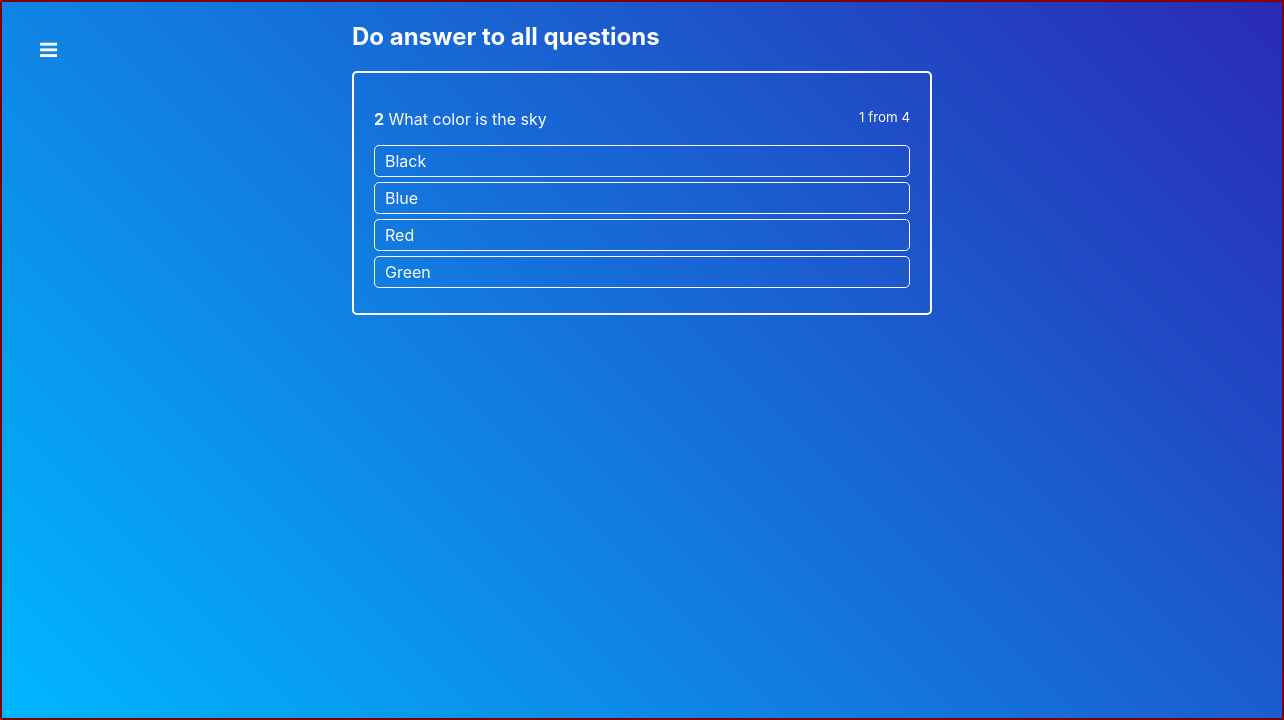
Repository: GregorPiev/react-quizes
Page: /
An editor plug-in stored every save of this project. The page is shown before and after the next save, followed by the edit.
The browser window is 1280 px wide. The page is 1284 px wide, so the pictures cover 1284 px, including what lies to the right of the window. The pictures show the whole page.
The project was rebuilt for these pictures with package versions that can differ from the ones it lists, and the page was loaded fresh each time. Also part of the build but not shown: src/components/FinishQuiz/FinishQuiz.module.css, src/components/UI/Button/Button.module.css, src/components/UI/Button/Button.js, src/components/FinishQuiz/FinishQuiz.js.

Above is the page before, as saved 2020-06-30 11:30:05.

### public/index.html
<!DOCTYPE html>
<html lang="en">
  <head>
    <meta charset="utf-8" />
    <link rel="icon" href="%PUBLIC_URL%/favicon.ico" />
    <meta name="viewport" content="width=device-width, initial-scale=1" />
    <meta name="theme-color" content="#000000" />
    <meta
      name="description"
      content="Web site created using create-react-app"
    />
    <link rel="apple-touch-icon" href="%PUBLIC_URL%/logo192.png" />
    <!--
      manifest.json provides metadata used when your web app is installed on a
      user's mobile device or desktop. See https://developers.google.com/web/fundamentals/web-app-manifest/
    -->
    <link rel="manifest" href="%PUBLIC_URL%/manifest.json" />
    <link
      href="https://stackpath.bootstrapcdn.com/font-awesome/4.7.0/css/font-awesome.min.css"
      rel="stylesheet"
      integrity="sha384-wvfXpqpZZVQGK6TAh5PVlGOfQNHSoD2xbE+QkPxCAFlNEevoEH3Sl0sibVcOQVnN"
      crossorigin="anonymous"
    />
    <!--
      Notice the use of %PUBLIC_URL% in the tags above.
      It will be replaced with the URL of the `public` folder during the build.
      Only files inside the `public` folder can be referenced from the HTML.

      Unlike "/favicon.ico" or "favicon.ico", "%PUBLIC_URL%/favicon.ico" will
      work correctly both with client-side routing and a non-root public URL.
      Learn how to configure a non-root public URL by running `npm run build`.
    -->
    <title>Quiz App</title>
  </head>
  <body>
    <noscript>You need to enable JavaScript to run this app.</noscript>
    <div id="root"></div>
    <!--
      This HTML file is a template.
      If you open it directly in the browser, you will see an empty page.

      You can add webfonts, meta tags, or analytics to this file.
      The build step will place the bundled scripts into the <body> tag.

      To begin the development, run `npm start` or `yarn start`.
      To create a production bundle, use `npm run build` or `yarn build`.
    -->
  </body>
</html>

### src/App.js
import React from 'react';
import Layout from './hoc/Layout/Layout';
import Quiz from './container/Quiz/Quiz';

function App() {
  return (
    <Layout>
      <Quiz />
    </Layout>
  );
}

export default App;

### src/hoc/Layout/Layout.js
import React from 'react';
import classes from './Layout.module.css'
import MenuToggle from '../../components/Navigation/MenuToggle/MenuToggle';

export default class Layout extends React.Component {
    state = {
        menu: false
    }
    toggleMenuHandler = () => {
        this.setState({
            menu: !this.state.menu
        })
    }
    render() {
        return (
            <div className={classes.Layout}>
                <MenuToggle
                    onToggle={this.toggleMenuHandler}
                    isOpen={this.state.menu}
                />
                <main>
                    {this.props.children}
                </main>
            </div>
        )
    }
}

### src/container/Quiz/Quiz.js
import React from 'react';
import classes from './Quiz.module.css';
import ActiveQuiz from '../../components/ActiveQuiz/ActiveQuiz';
import FinishQuiz from '../../components/FinishQuiz/FinishQuiz';

export default class Quiz extends React.Component {
    state = {
        results: {}, /* {[id], ''} */
        isFinished: false,
        activeQuestion: 0,
        answerState: null,
        quiz: [
            {
                id: 1,
                question: 'What color is the sky',
                rightAnswerId: 2,
                answers: [
                    { text: 'Black', id: 1 },
                    { text: 'Blue', id: 2 },
                    { text: 'Red', id: 3 },
                    { text: 'Green', id: 4 },
                ]
            },
            {
                id: 2,
                question: 'What color is the sea',
                rightAnswerId: 2,
                answers: [
                    { text: 'Black', id: 1 },
                    { text: 'Blue', id: 2 },
                    { text: 'Red', id: 3 },
                    { text: 'Green', id: 4 },
                ]
            },
            {
                id: 3,
                question: 'What color is grass',
                rightAnswerId: 4,
                answers: [
                    { text: 'Black', id: 1 },
                    { text: 'Blue', id: 2 },
                    { text: 'Red', id: 3 },
                    { text: 'Green', id: 4 },
                ]
            },
            {
                id: 4,
                question: 'What color is oil',
                rightAnswerId: 1,
                answers: [
                    { text: 'Black', id: 1 },
                    { text: 'Blue', id: 2 },
                    { text: 'Red', id: 3 },
                    { text: 'Green', id: 4 },
                ]
            }
        ]
    }
    onAnswerClickHandler = answerId => {
        if (this.state.answerState) {
            const key = Object.keys(this.state.answerState)[0];
            if (this.state.answerState[key] === 'success') {
                return;
            }
        }

        const results = this.state.results;
        const question = this.state.quiz[this.state.activeQuestion];
        if (question.rightAnswerId === answerId) {
            // if (!results[answerId]) {
            results[question.id] = 'success';
            // }
            this.setState({
                answerState: { [answerId]: 'success' },
                results
            })
        } else {
            results[question.id] = 'error';
            this.setState({
                answerState: { [answerId]: 'error' },
                results: results
            })
        }

        const timeout = setTimeout(() => {
            if (this.isQuizFinish()) {
                this.setState({ isFinished: true })
            } else {
                this.setState({
                    activeQuestion: this.state.activeQuestion + 1,
                    answerState: null
                })
            }
            clearTimeout(timeout);
        }, 1000)

    }

    isQuizFinish() {
        return (this.state.activeQuestion + 1) === this.state.quiz.length;
    }
    retryHandlerFunc = () => {
        this.setState({
            results: {},
            isFinished: false,
            activeQuestion: 0,
            answerState: null,
        })
    }
    render() {
        return (
            <div className={classes.Quiz}>
                <div className={classes.QuizWrapper}>
                    <h2>Do answer to all questions</h2>
                    {
                        this.state.isFinished
                            ? <FinishQuiz results={this.state.results} quiz={this.state.quiz} retryHandler={this.retryHandlerFunc} />
                            : <ActiveQuiz
                                answers={this.state.quiz[this.state.activeQuestion].answers}
                                question={this.state.quiz[this.state.activeQuestion].question}
                                quizLength={this.state.quiz.length}
                                answerNumber={this.state.activeQuestion + 1}
                                state={this.state.answerState}
                                onAnswerClick={this.onAnswerClickHandler}
                            />
                    }

                </div>
            </div>
        )
    }
}

### src/hoc/Layout/Layout.module.css
.Layout {
  height: 100vh;
  display: flex;
  flex-direction: column;
}

.Layout main {
  display: flex;
  flex-direction: column;
  flex-grow: 1;
}

### src/components/Navigation/MenuToggle/MenuToggle.js
import React from 'react';
import classes from './MenuToggle.module.css';

const MenuToggle = (props) => {
    const cls = [
        classes.MenuToggle,
        'fa'
    ];
    if (props.isOpen) {
        cls.push('fa-times');
        cls.push(classes.open);
    } else {
        cls.push('fa-bars');
    }
    return (
        <i
            className={cls.join(' ')}
            onClick={props.onToggle}
        />
    )
}

export default MenuToggle;

### src/container/Quiz/Quiz.module.css
.Quiz {
  display: flex;
  justify-content: center;
  flex-grow: 1;
  border: solid 2px maroon;
  width: 100%;
  background: linear-gradient(
    45deg,
    rgb(0, 183, 255) 0%,
    rgb(42, 42, 180) 100%
  );
}
.Quiz h2 {
  color: white;
  margin-left: 10px;
}
.QuizWrapper {
  width: 600px;
}

### src/components/ActiveQuiz/ActiveQuiz.js
import React from 'react';
import classes from './ActiveQuiz.module.css';
import AnswersList from './AnswersList/AnswersList';
const ActiveQuiz = props => (

    <div className={classes.ActiveQuiz}>
        <p className={classes.Question}>
            <span>
                <strong>2</strong>&nbsp;{props.question}
            </span>
            <small> {props.answerNumber} from {props.quizLength}</small>
        </p>

        <AnswersList
            state={props.state}
            onAnswerClick={props.onAnswerClick}
            answers={props.answers} />
    </div>
)

export default ActiveQuiz;

### src/components/Navigation/MenuToggle/MenuToggle.module.css
.MenuToggle {
  position: fixed;
  top: 40px;
  left: 40px;
  font-size: 20px;
  cursor: pointer;
  color: #fff;
  transition: opacity 0.22s ease-in;
  z-index: 100;
}

.MenuToggle:hover {
  opacity: 0.7;
}
.MenuToggle.open {
  left: 320px;
}

### src/components/ActiveQuiz/ActiveQuiz.module.css
.ActiveQuiz {
  padding: 20px;
  color: white;
  border: 2px solid #fff;
  border-radius: 5px;
  margin: 0 10px;
  box-sizing: border-box;
}
.Question {
  display: flex;
  justify-content: space-between;
}

### src/components/ActiveQuiz/AnswersList/AnswersList.js
import React from 'react';
import classes from './AnswersList.module.css'
import AnswerItem from './AnswerItem/AnswerItem';

const AnswersList = props => (
    <ul className={classes.AnswersList}>
        {
            props.answers.map((answer, index) => {
                return (
                    <AnswerItem
                        key={index}
                        answer={answer}
                        onAnswerClick={props.onAnswerClick}
                        state={props.state ? props.state[answer.id] : null}
                    />
                )
            })
        }
    </ul>
)

export default AnswersList;

### src/components/ActiveQuiz/AnswersList/AnswersList.module.css
.AnswersList {
  list-style: none;
  padding: 0;
  margin: 0;
}

### src/components/ActiveQuiz/AnswersList/AnswerItem/AnswerItem.js
import React from 'react';
import classes from './AnswerItem.module.css';

const AnswerItem = props => {
    const cls = [classes.AnswerItem];
    // console.log('Props:', props)
    if (props.state) {
        cls.push(classes[props.state]);
        // console.log(cls.join(' '))
    }

    return (
        <li
            onClick={() => props.onAnswerClick(props.answer.id)}
            className={cls.join(' ')}>
            {props.answer.text}
        </li>
    )


}

export default AnswerItem;

### src/components/ActiveQuiz/AnswersList/AnswerItem/AnswerItem.module.css
.AnswerItem {
  border: 1px solid white;
  border-radius: 5px;
  padding: 5px 10px;
  margin-bottom: 5px;
  cursor: pointer;
}

.AnswerItem:hover {
  background: rgba(255, 255, 255, 0.2);
  transition: background 0.3s ease-in-out;
}

.AnswerItem.success {
  background: rgba(161, 240, 69, 0.7);
}
.AnswerItem.error {
  background: rgba(240, 87, 108, 0.7);
}

Loaded but not shown: src/index.js (common file); src/index.css (common file); src/serviceWorker.js (common file)

After the next save:
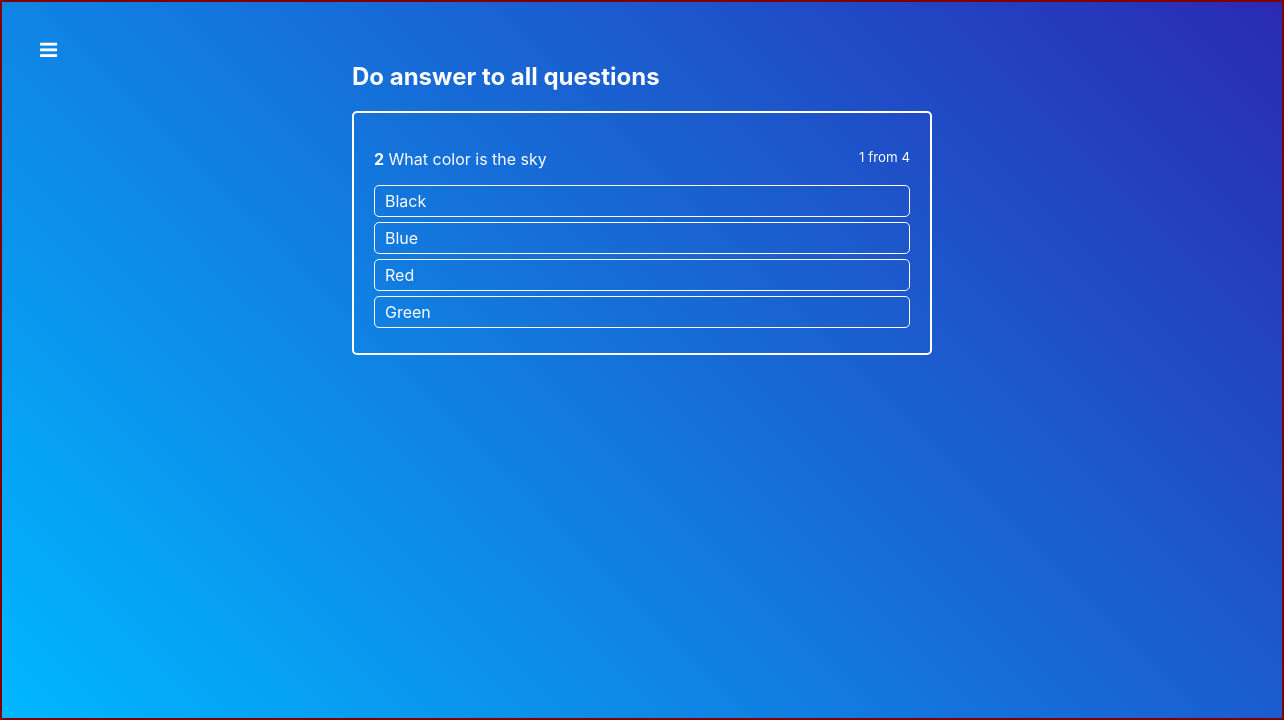
Saved 2 min 55 s later.
--- a/src/container/Quiz/Quiz.module.css
+++ b/src/container/Quiz/Quiz.module.css
@@ -13,6 +13,7 @@
 .Quiz h2 {
   color: white;
   margin-left: 10px;
+  margin-top: 60px;
 }
 .QuizWrapper {
   width: 600px;
